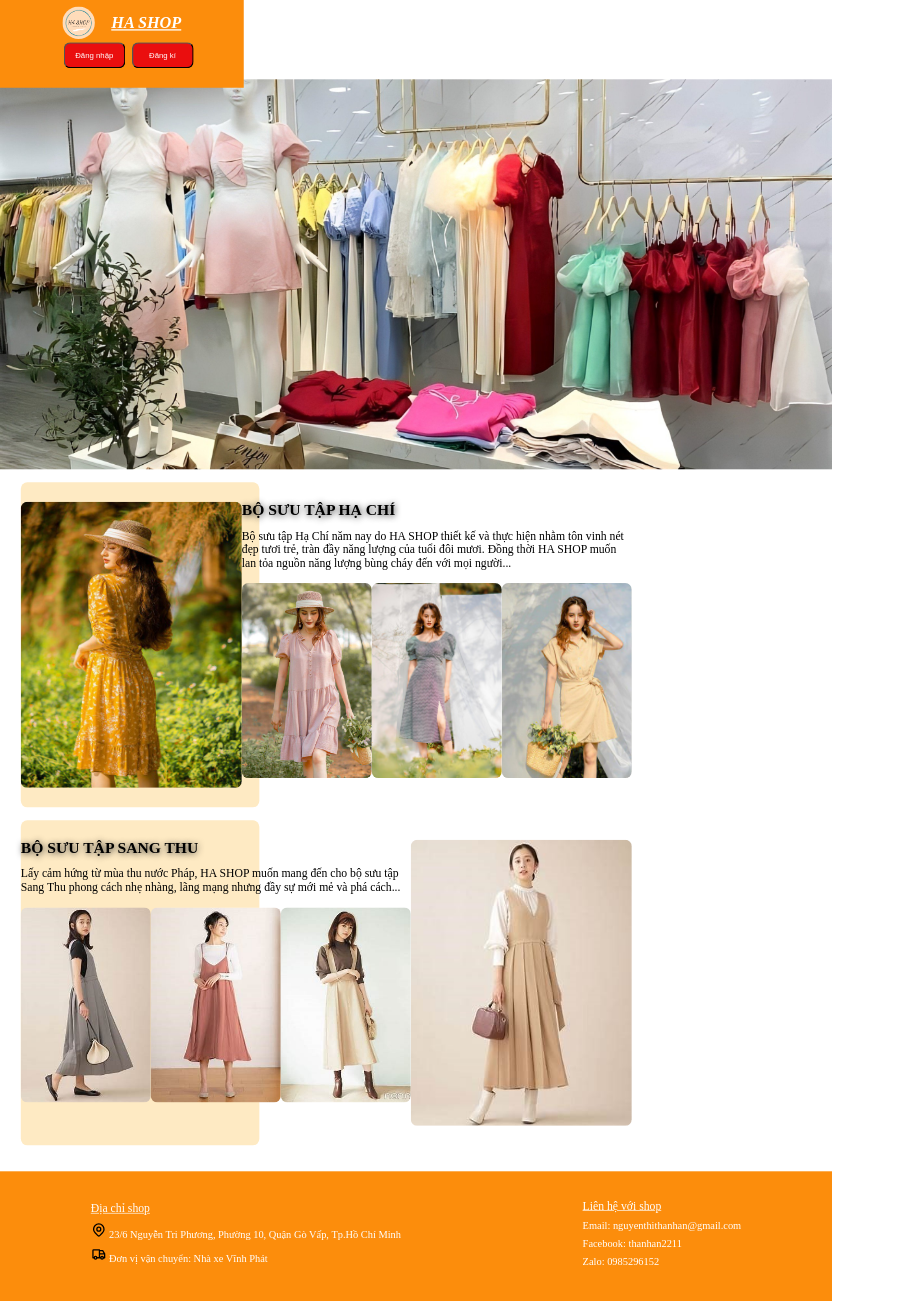
Repository: manhhieu120499/Project_ShopQuanAo
Page: index.html
An editor plug-in stored every save of this project. The page is shown before and after the next save, followed by the edit.
The browser window is 1280 px wide. The page is 1280 px wide, then 1381 px, then 1280 px, so the pictures cover 1381 px, including what lies to the right of the window. The pictures show the whole page, at 65% of full size.

Above is the page before, as saved 2023-04-07 23:22:54.

### index.html
<!DOCTYPE html>
<html lang="en">

<head>
    <meta charset="UTF-8" />
    <meta http-equiv="X-UA-Compatible" content="IE=edge" />
    <meta name="viewport" content="width=device-width, initial-scale=1.0" />
    <title>Document</title>
    <link rel="stylesheet" href="/css/style_trangchu.css">
    <link rel="stylesheet" href="/responsive/responsive_trangchu.css">
</head>

<body>
    <div class="wrap">
        <div class="header">
            <div class="left-header">
                <img src="/image/image_trangchu/Thời trang hiện dại.png" alt="logo_shop" class="picture"/>
                <h2 class="shop_name">HA SHOP</h2>
            </div>

            <div class="right-header">
                <div class="link">
                    <a href="#">Trang Chủ</a>
                    <a href="http://127.0.0.1:5501/html/ban_hang.html">Cửa Hàng</a>
                    <a href="#">Liên hệ</a>
                </div>
                 <div class="btn">
                     <button>Đăng nhập</button>
                     <button>Đăng kí</button>
                 </div>
            </div>

        </div>

        <div class="slide_bar">
            <img src="/image/image_trangchu/slide.jpg" alt="slide_picture">
        </div>

        <div class="album">
            <div class="album_one">
                <div class="left_picture">
                     <img src="/image/image_trangchu/10.jpg" alt="picture_ha_chi">
                </div>
                <div class="right_description">
                      <h2 class="title_album">BỘ SƯU TẬP HẠ CHÍ</h2>
                      <p class="desc">   Bộ sưu tập Hạ Chí năm nay do HA SHOP thiết kế và thực hiện nhằm tôn vinh nét đẹp tươi trẻ, tràn đầy năng lượng của tuổi đôi mươi. Đồng thời HA SHOP muốn lan tỏa nguồn năng lượng bùng cháy đến với mọi người...</p>
                      <div class="picture_etc">
                        <img src="/image/image_trangchu/11.jpg" alt="picture_ha_chi">
                        <img src="/image/image_trangchu/12.jpg" alt="picture_ha_chi">
                        <img src="/image/image_trangchu/13.jpg" alt="picture_ha_chi">
                      </div>
                </div>

            </div>

            <div class="album_two album_one ">
                <div class="right_description">
                    <h2 class="title_album">BỘ SƯU TẬP SANG THU</h2>
                    <p class="desc">   Lấy cảm hứng từ mùa thu nước Pháp, HA SHOP muốn mang đến cho bộ sưu tập Sang Thu phong cách nhẹ nhàng, lãng mạng nhưng đầy sự mới mẻ và phá cách...</p>
                    <div class="picture_etc">
                        <img src="/image/image_trangchu/5.jpg" alt="picture_sang_thu">
                        <img src="/image/image_trangchu/8.jpg" alt="picture_sang_thu">
                        <img src="/image/image_trangchu/6.jpg" alt="picture_sang_thu">
                    </div>
                </div>
                <div class="left_picture">
                     <img src="/image/image_trangchu/3.jpg" alt="picture_sang_thu">
                </div>

            </div>
        </div>

        <div class="footer">
            <div class="left_footer">
                  <p class="address">Địa chỉ shop</p>
                  <p>
                    <a class="icon">
                        <svg xmlns="http://www.w3.org/2000/svg" class="icon icon-tabler icon-tabler-map-pin" width="24" height="24" viewBox="0 0 24 24" stroke-width="2" stroke="currentColor" fill="none" stroke-linecap="round" stroke-linejoin="round">
                            <path stroke="none" d="M0 0h24v24H0z" fill="none"></path>
                            <path d="M12 11m-3 0a3 3 0 1 0 6 0a3 3 0 1 0 -6 0"></path>
                            <path d="M17.657 16.657l-4.243 4.243a2 2 0 0 1 -2.827 0l-4.244 -4.243a8 8 0 1 1 11.314 0z"></path>
                         </svg>
                    </a>
                     23/6 Nguyễn Tri Phương, Phường 10, Quận Gò Vấp, Tp.Hồ Chí Minh
                  </p>
                  <p>
                    <a>
                        <svg xmlns="http://www.w3.org/2000/svg" class="icon icon-tabler icon-tabler-truck" width="24" height="24" viewBox="0 0 24 24" stroke-width="2" stroke="currentColor" fill="none" stroke-linecap="round" stroke-linejoin="round">
                            <path stroke="none" d="M0 0h24v24H0z" fill="none"></path>
                            <path d="M7 17m-2 0a2 2 0 1 0 4 0a2 2 0 1 0 -4 0"></path>
                            <path d="M17 17m-2 0a2 2 0 1 0 4 0a2 2 0 1 0 -4 0"></path>
                            <path d="M5 17h-2v-11a1 1 0 0 1 1 -1h9v12m-4 0h6m4 0h2v-6h-8m0 -5h5l3 5"></path>
                         </svg>
                         Đơn vị vận chuyển: Nhà xe Vĩnh Phát
                    </a>
                  </p>
            </div>
            <div class="right_footer">
                 <p class="address">Liên hệ với shop</p>
                 <p>Email: nguyenthithanhan@gmail.com</p>
                 <p>Facebook: thanhan2211</p>
                 <p>Zalo: 0985296152</p>
            </div>

        </div>
    </div>

</body>

</html>

### css/style_trangchu.css
* {
    margin: 0;
    box-sizing: border-box;
}

.wrap {
    display: flex;
    flex-direction: column;
    width: 100%;
    height: 100%;
}


.header {
    background-color: #FC8D0C;
    display: flex;
    justify-content: space-around;
    position: fixed;
    width: 100%;
    top: 0;
    left: 0;
    padding: 10px 0;
    z-index: 1;
}

.left-header {
    width: 270px;
    display: flex;
    align-items: center;
    justify-content: space-between;
}

.left-header .picture {
    width: 100px;
    height: 100px;
    border-radius: 50%;
}

.left-header .shop_name {
    color: white;
    font-size: 25px;
    text-decoration: underline;
    font-style: italic;
}

.right-header .link {
    width: 400px;
    display: flex;
    justify-content: space-between;
}

.right-header .link a:hover {
    color: black;
}

.right-header .link > a {
    color: white;
    text-decoration: none;
    font-size: 25px;
    /* padding: 10px 35px; */
}

.right-header {
    width: 800px;
    display: flex;
    align-items: flex-end;
    margin-bottom: 20px;
    justify-content: space-between;
}

.right-header .btn {
    display: flex;
    justify-content: space-between;
    width: 300px;
}

.right-header .btn > button {
    background-color: #EA0E0E;
    padding: 10px 15px;
    border-radius: 10px;
    font-size: 16px;
    color: white;
    width: 200px;
    height: 40px;
    margin-left: 10px;
}



/* slide bar*/
.slide_bar {
    margin-top: 122px;
    height: 400px;
}
.slide_bar > img{
    width: 100%;
    object-fit: cover;
    height: 600px;
    display: block;
    margin-bottom: 20px;
}

/*album bo suu tap*/
.album {
    display: flex;
    width: calc(100% - 32px);
    flex-direction: column;
}
.album_one {
    margin-top: 220px;
    width: calc(100% - 32px);
    margin-left: 32px;
    height: 500px;
    background-color: #FEEAC3;
    display: flex;
    justify-content: space-around;
    align-items: center;
    border-radius: 10px;

}

.left_picture {
    width: 340px;
    height: 440px;
}
.left_picture img{
    width: 340px;
    height: 440px;
    border-radius: 10px;
}

.left_picture img:hover {
    transform: scale(1.1);
    transition: ease all 0.7s;
}

.right_description {
    width: 700px;
    height: 440px;
    display: flex;
    flex-direction: column;
}

.right_description > .picture_etc{
    display: flex;
    align-items: center;
    justify-content: space-between;
}

.right_description > .picture_etc > img {
    width: 200px;
    height: 300px;
    border-radius: 10px;
    object-fit: cover;
    margin-top: 10px;
}

.right_description > .picture_etc > img:hover {
    transform: scale(1.1);
    transition: ease all 0.7s;
}

.right_description .title_album {
    font-weight: 600px;
    margin-bottom: 15px;
    text-shadow: 1px 1px 10px #222;
}

.right_description .desc {
    font-size: 18px;
    text-align: start;
    margin-bottom: 10px;
}

.album .album_two {
    margin-top: 20px;
}

/*footer*/
.footer {
    margin-top: 40px;
    width: 100%;
    height: 200px;
    background-color: #FC8D0C;
    display: flex;
    justify-content: space-around;
    align-items: center;
    color: white;
}

.footer .left_footer {
    display: flex;
    flex-direction: column;
}

.left_footer p {
    margin-bottom: 10px;
}

.left_footer .address {
    text-decoration: underline;
    font-size: 18px;
}

.footer .right_footer {
    display: flex;
    flex-direction: column;
}

.right_footer p {
    margin-bottom: 10px;
}

.right_footer .address {
    text-decoration: underline;
    font-size: 18px;
}

.footer svg {
    color: black;
}

### responsive/responsive_trangchu.css
/*ipad pro*/
@media only screen and (max-width: 1024px){
    .left-header {
        width: 230px;
        margin-left: 20px;
    }

    .right-header .link {
        width: 350px;
        margin-left: 60px;
    }

    .btn {
        margin-right: 30px;
    }

    .album_one .left_picture{
        width: 250px;
        height: 350px;
        margin-left: 12px;
    }
    .album_one .left_picture > img {
        width: 100%;
        height: 100%;
    }


    .album_one .right_description {
        width: 650px;
        margin-right: 20px;
    }


    .right_description > .picture_etc > img {
        width: 200px;
        height: 250px;
    }

    .right_description .desc{
        text-align: justify;
    }

    .album_two .left_picture {
        margin-right: 24px;
    }

    .album_two .right_description {
        margin-left: 20px;
    }
}

/*iphone x*/
@media only screen and (min-width: 375px) {
    .header {
        width: 375px;
        display: flex;
        flex-direction: column;
        align-items: center;

    }

    .left-header {
        justify-content: center;
        gap: 25px;
    }
    .right-header .link {
        width: 0;
    }

    .right-header .link > a{
        display: none;
    }

    .left-header .picture {
        width: 50px;
        height: 50px;
    }

    .right-header {
        width: 200px;
    }
    .right-header .btn {
       display: flex;
       justify-content: space-between;


    }

    .right-header .btn > button{
       width: 95px;
       height: 40px;
       font-size: 12px;
       text-align: center;
       margin-top: 5px;
    }

    .album_one {
        width: 367px;
        margin-right: 8px;
    }
}

After the next save:
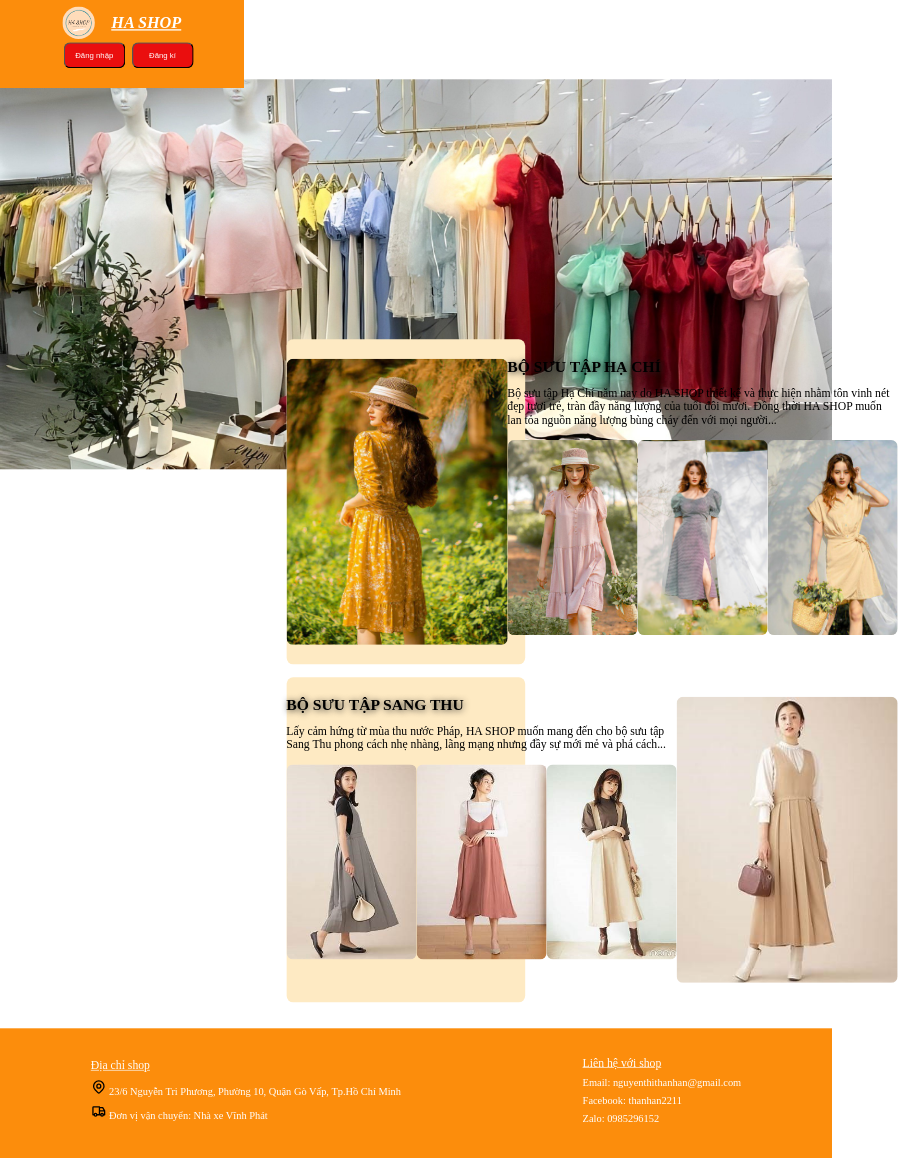
Saved 13 s later.
--- a/responsive/responsive_trangchu.css
+++ b/responsive/responsive_trangchu.css
@@ -96,6 +96,6 @@
 
     .album_one {
         width: 367px;
-        margin-right: 8px;
+        margin: auto;
     }
 }

After the save that followed:
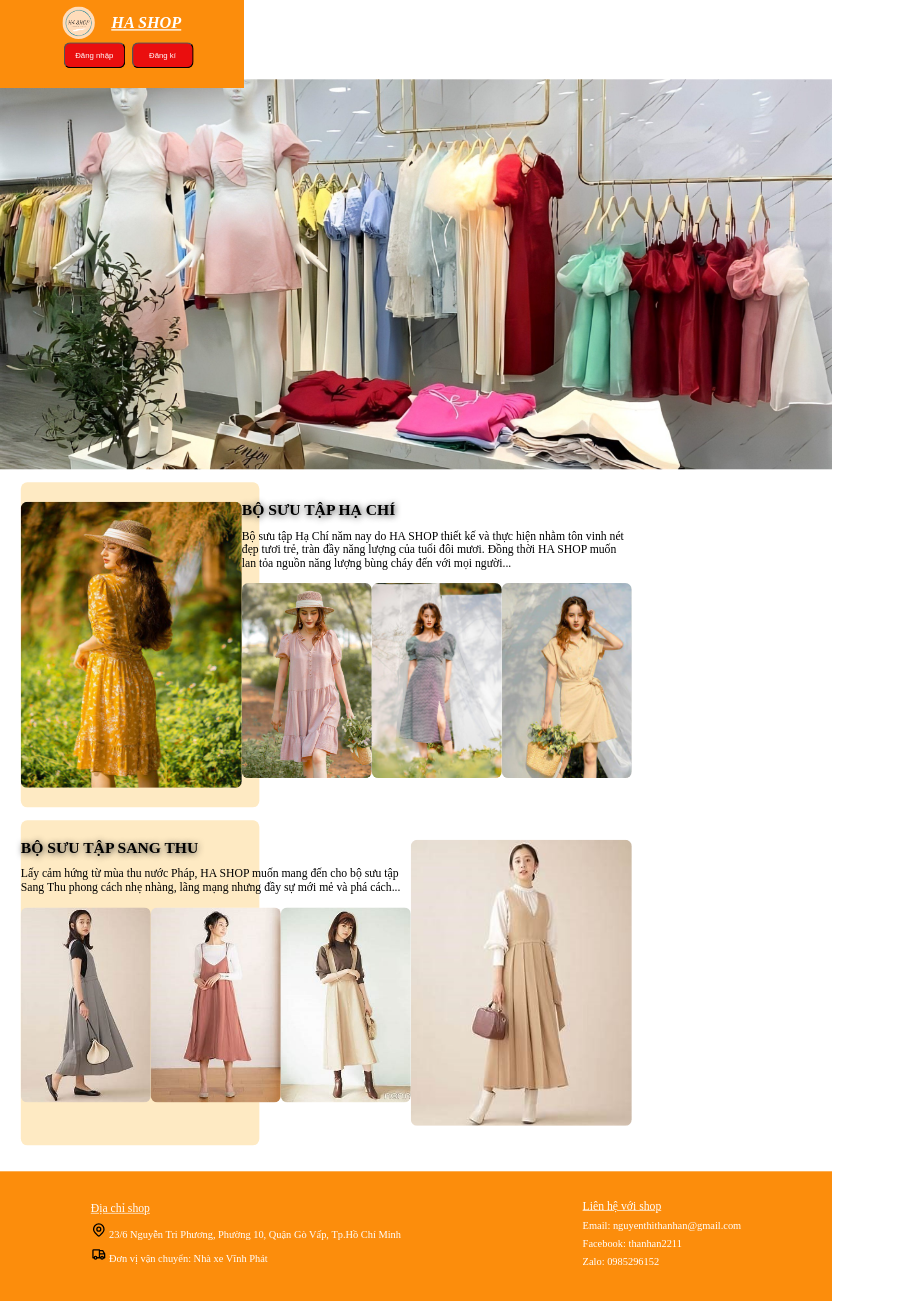
Saved 19 s later.
--- a/responsive/responsive_trangchu.css
+++ b/responsive/responsive_trangchu.css
@@ -96,6 +96,6 @@
 
     .album_one {
         width: 367px;
-        margin: auto;
+
     }
 }
